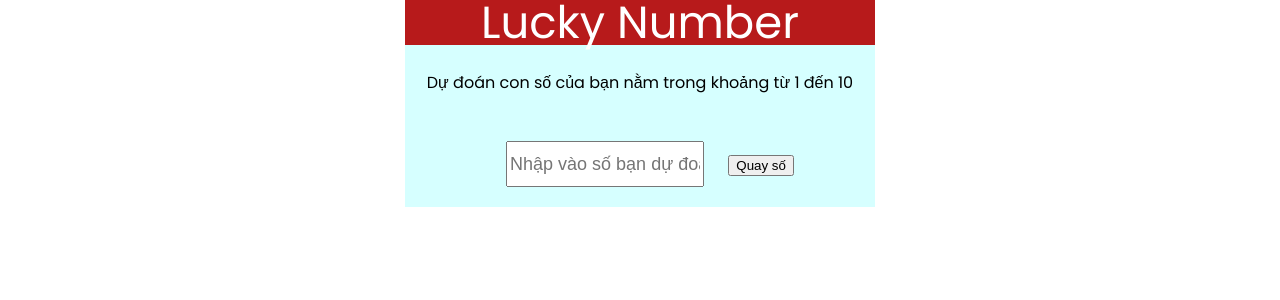
Repository: whis16720/PhuNguyen-C4EJS-D15
Page: index.html
These files come from the project's save history. The page is drawn as it stood at one moment and after the next save; the edit follows.
The browser window is 1280 px wide. The pictures show the whole page.
The style sheet was rebuilt from its Sass, Less or Tailwind sources for each picture, by a compiler version that may differ from the author's.

Above is the page before, as saved 2020-09-22 19:46:25.

### index.html
<!DOCTYPE html>
<html lang="en">
<head>
	<meta charset="UTF-8">
	<meta name="viewport" content="width=device-width, initial-scale=1.0">
	<title>Document</title>
	<link rel="stylesheet" href="style.css">
	<link rel="stylesheet" href="reset.css">
	<link href="https://fonts.googleapis.com/css2?family=Poppins:wght@200;300;400;600;700&display=swap" rel="stylesheet">
	<script src="index.js"></script>
</head>
<body>
	<div class="game">
		<h1 class="game__name">Lucky Number</h1>
		<p class="game__details">Dự đoán con số của bạn nằm trong khoảng từ 1 đến 10</p>
		<form class="game__play">
			<input type="text" placeholder="Nhập vào số bạn dự đoán" class="game__input">
			<button class="game__btn">Quay số</button>
		</form>

	</div>
</body>
</html>

### style.scss
.game {
  font-family: "Poppins", sans-serif;
  width: 470px;
  margin: auto;
  background-color: #d6ffff;
  &__name {
    text-align: center;
    font-size: 45px;
    background-color: #b71a1b;
    color: white;
    margin-bottom: 30px;
  }
  &__details {
    text-align: center;
    margin-bottom: 30px;
  }
  &__play {
    text-align: center;
  }
  &__input {
    width: 190px;
    height: 40px;
    margin: 20px;
    font-size: 18px;
  }
}

Loaded but not shown: reset.css (common file); index.js (no copy from this time; the picture is the same without it)

After the next save:
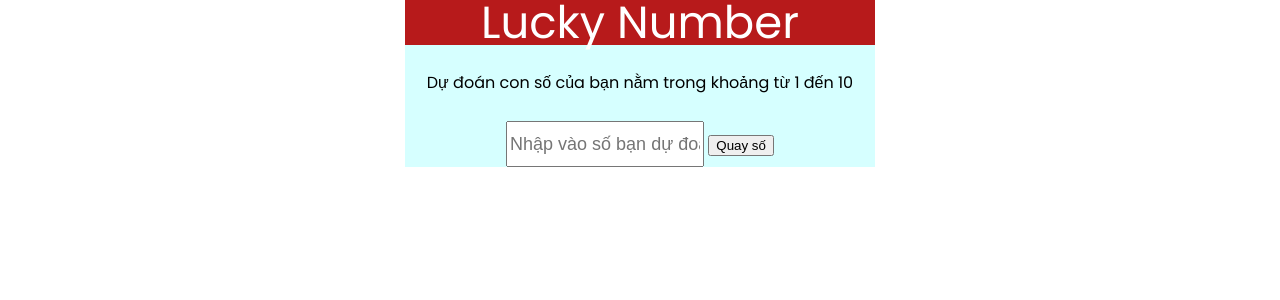
Saved 5 s later.
--- a/style.scss
+++ b/style.scss
@@ -20,7 +20,7 @@
   &__input {
     width: 190px;
     height: 40px;
-    margin: 20px;
+
     font-size: 18px;
   }
 }
